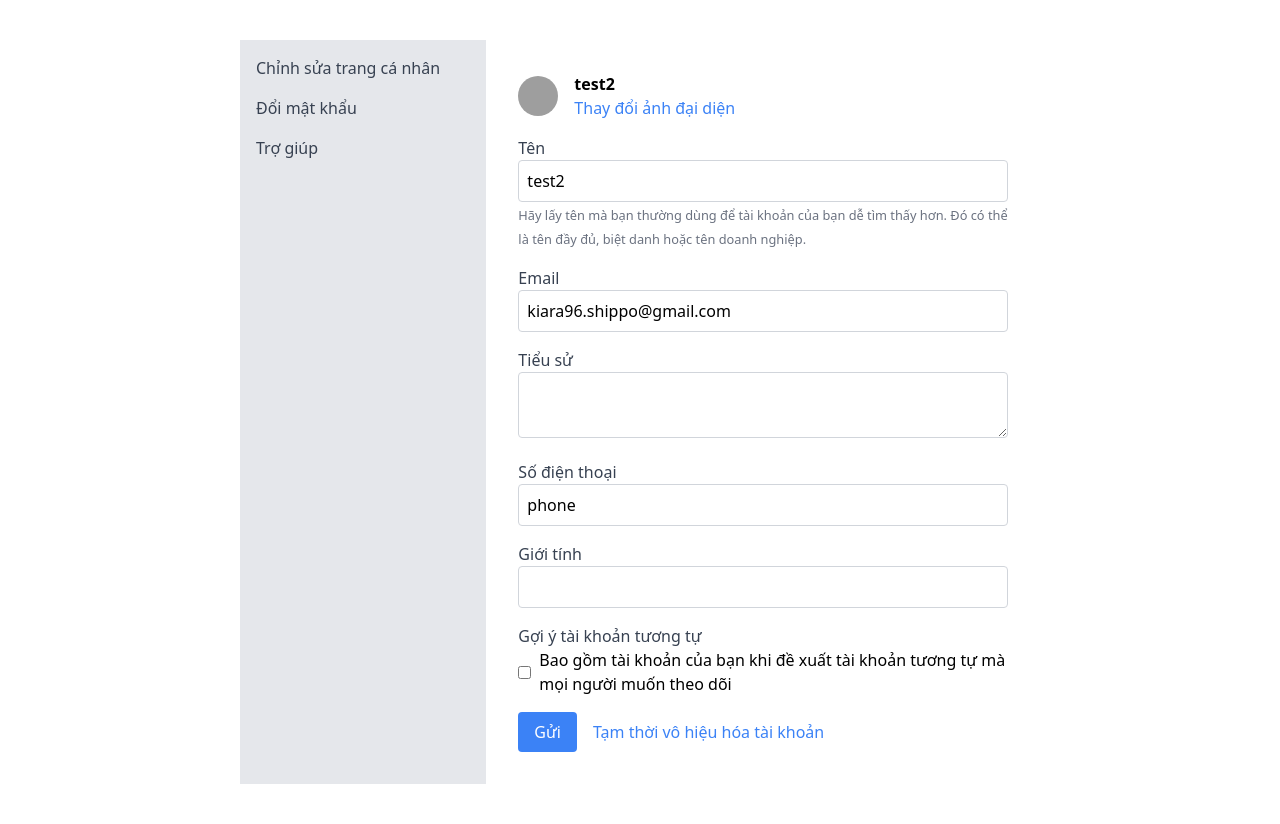
Repository: DangNgocDuong250903/2425_CS445AC_NHOM1
Page: /update_user (app in social_fe/)
The author's editor kept a copy of each file at every save. The page is drawn from the files as they stood at one save, then again after a run of saves.
The browser window is 1280 px wide. The pictures show the whole page.
Pictures or frames that could not be fetched are drawn as grey boxes. The project was rebuilt for these pictures with package versions that can differ from the ones it lists, and the page was loaded fresh each time. Also part of the build but not shown: social_fe/vite.config.js, social_fe/src/components/Button/index.jsx, social_fe/src/assets/index.js, social_fe/src/components/FriendCard/index.jsx, social_fe/src/components/Loading/index.jsx, social_fe/src/components/PostCard/index.jsx, social_fe/src/components/ProfileCard/index.jsx, social_fe/src/components/TextInput/index.jsx and 8 more.

Above is the page before, as saved 2024-11-05 11:00:08.

### social_fe/index.html
<!DOCTYPE html>
<html lang="en">
  <head>
    <meta charset="UTF-8" />
    <link rel="icon" type="image/svg+xml" href="/public/logo.svg" />
    <meta name="viewport" content="width=device-width, initial-scale=1.0" />
    <title>LinkVerse</title>
  </head>
  <body>
    <div id="root"></div>
    <script type="module" src="/src/main.jsx"></script>
  </body>
</html>

### social_fe/src/main.jsx
import { StrictMode } from "react";
import { createRoot } from "react-dom/client";
import App from "./App.jsx";
import "./index.css";
import { store } from "./redux/store.js";
import { Provider } from "react-redux";
import { BrowserRouter } from "react-router-dom";

createRoot(document.getElementById("root")).render(
  <StrictMode>
    <Provider store={store}>
      <BrowserRouter>
        <App />
      </BrowserRouter>
    </Provider>
  </StrictMode>,
);

### social_fe/src/App.jsx
import { Outlet, Navigate, Route, Routes, useLocation } from "react-router-dom";
import {
  Home,
  Profile,
  Register,
  Login,
  ResetPassword,
  NotFound,
} from "./pages";
import { useSelector } from "react-redux";
import UpdateUser from "./pages/ProfilePage/updateUser";

const Layout = () => {
  const { user } = useSelector((state) => state.user);
  const location = useLocation();

  return user?.token ? (
    <Outlet />
  ) : (
    <Navigate to="/login" state={{ from: location }} replace />
  );
};

function App() {
  const { theme } = useSelector((state) => state.theme);

  return (
    <div data-theme={theme} className="w-full min-h-[100vh]">
      <Routes>
        <Route element={<Layout />}>
          <Route path="/" element={<Home />} />
          <Route path="/profile" element={<Profile />} />
          <Route path="/update_user" element={<UpdateUser />} />


        </Route>

        <Route path="/register" element={<Register />} />
        <Route path="/login" element={<Login />} />
        <Route path="/reset-password" element={<ResetPassword />} />
        <Route path="*" element={<NotFound />} />
      </Routes>
    </div >
  );
}

export default App;

### social_fe/src/index.css
@tailwind base;
@tailwind components;
@tailwind utilities;

::-webkit-scrollbar {
    display: none;
     -ms-overflow-style: none;  /* IE and Edge */
    scrollbar-width: none;
  }

  .topbar{
  position: sticky;
  top: 0px;
  z-index: 49;
  }


  .dots-container {
    display: flex;
    align-items: center;
    justify-content: center;
    height: 100%;
    width: 100%;
    margin-bottom: 5px;
  }

  .dot {
    height: 12px;
    width: 12px;
    margin-right: 10px;
    border-radius: 10px;
    background-color: #fff;
    animation: pulse 1.5s infinite ease-in-out;
  }

  .dot:last-child {
    margin-right: 0;
  }

  .dot:nth-child(1) {
    animation-delay: -0.3s;
  }

  .dot:nth-child(2) {
    animation-delay: -0.1s;
  }

  .dot:nth-child(3) {
    animation-delay: 0.1s;
  }

  @keyframes pulse {
    0% {
      transform: scale(0.8);
      background-color: #b3d4fc;
      box-shadow: 0 0 0 0 rgba(178, 212, 252, 0.7);
    }

    50% {
      transform: scale(1.2);
      background-color: #4b79e4;
      box-shadow: 0 0 0 10px rgba(178, 212, 252, 0);
    }

    100% {
      transform: scale(0.8);
      background-color: #2584f8;
      box-shadow: 0 0 0 0 rgba(178, 212, 252, 0.7);
    }
  }

  @layer base {
    :root {
      --color-bg: 227 227 227;
      --color-primary: 255 255 255;
      --color-secondary:255 255 255;
      --color-ascent1: 0 0 0;
      --color-ascent2: 89 91 100;
      --color-blue: 6 90 216;
      --color-white: 255 255 255;

    }
    /* //15 23 42  21 30 49*/
    [data-theme="dark"] {
       --color-bg: 12 12 12;
       --color-primary: 31 31 31;
      --color-secondary: 47 45 48;
      --color-ascent1: 255 255 255;
      --color-ascent2: 164 161 162;
      --color-blue: 6 90 216;
      /* //16 176 255; */
      --color-white: 255 255 255;
    }
  }

### social_fe/src/redux/store.js
import { configureStore } from "@reduxjs/toolkit";

import { rootReducer } from "./reducer";

const store = configureStore({
  reducer: rootReducer,
});

const { dispatch } = store;

export { store, dispatch };

### social_fe/src/pages/index.js
import Home from "./HomePage";
import Login from "./LoginPage";
import NotFound from "./NotFoundPage";
import Profile from "./ProfilePage";
import Register from "./RegisterPage";
import ResetPassword from "./ResetPasswordPage";

export { Home, Login, NotFound, Profile, Register, ResetPassword };

### social_fe/src/pages/ProfilePage/updateUser.jsx
import React, { useState } from 'react';
import { Link } from 'react-router-dom';

const UpdateUser = () => {
    const [selectedLink, setSelectedLink] = useState(null);
    const handleLinkClick = (linkIndex) => {
        setSelectedLink(linkIndex);
    };
    return (
        <div className="flex w-[800px] mx-auto pt-10 pb-10">

            <div className="w-1/3 p-4 bg-gray-200">
                <ul className="flex flex-col">

                    <Link
                        href="#"
                        onClick={() => handleLinkClick(1)}
                        className={`mb-4 font-medium ${selectedLink === 1 ? 'text-blue-500' : 'text-gray-700'}`}
                    >
                        Chỉnh sửa trang cá nhân
                    </Link>


                    <Link
                        href="#"
                        onClick={() => handleLinkClick(2)}
                        className={`mb-4 font-medium ${selectedLink === 2 ? 'text-blue-500' : 'text-gray-700'}`}
                    >
                        Đổi mật khẩu
                    </Link>


                    <Link
                        href="#"
                        onClick={() => handleLinkClick(3)}
                        className={`mb-4 font-medium ${selectedLink === 3 ? 'text-blue-500' : 'text-gray-700'}`}
                    >
                        Trợ giúp
                    </Link>
                </ul>
            </div>
            <div className="w-3/4 p-8">
                <div className="flex items-center mb-4">
                    <img src="https://mighty.tools/mockmind-api/content/human/5.jpg" alt="User avatar" className="w-10 h-10 mr-4 rounded-full" />
                    <div>
                        <div className="font-bold">test2</div>
                        <a href="#" className="text-blue-500">Thay đổi ảnh đại diện</a>
                    </div>
                </div>
                <form>
                    <div className="mb-4">
                        <label className="block text-gray-700">Tên</label>
                        <input type="text" value="test2" className="w-full p-2 border border-gray-300 rounded" />
                        <small className="text-gray-500">Hãy lấy tên mà bạn thường dùng để tài khoản của bạn dễ tìm thấy hơn. Đó có thể là tên đầy đủ, biệt danh hoặc tên doanh nghiệp.</small>
                    </div>
                    <div className="mb-4">
                        <label className="block text-gray-700">Email</label>
                        <input type="email" value="kiara96.shippo@gmail.com" className="w-full p-2 border border-gray-300 rounded" />
                    </div>
                    <div className="mb-4">
                        <label className="block text-gray-700">Tiểu sử</label>
                        <textarea className="w-full p-2 border border-gray-300 rounded"></textarea>
                    </div>
                    <div className="mb-4">
                        <label className="block text-gray-700">Số điện thoại</label>
                        <input type="text" value="phone" className="w-full p-2 border border-gray-300 rounded" />
                    </div>
                    <div className="mb-4">
                        <label className="block text-gray-700">Giới tính</label>
                        <input type="text" className="w-full p-2 border border-gray-300 rounded" />
                    </div>
                    <div className="mb-4">
                        <label className="block text-gray-700">Gợi ý tài khoản tương tự</label>
                        <div className="flex items-center">
                            <input type="checkbox" className="mr-2" />
                            <span>Bao gồm tài khoản của bạn khi đề xuất tài khoản tương tự mà mọi người muốn theo dõi</span>
                        </div>
                    </div>
                    <div className="flex items-center">
                        <button type="submit" className="px-4 py-2 mr-4 text-white bg-blue-500 rounded">Gửi</button>
                        <button type="button" className="text-blue-500">Tạm thời vô hiệu hóa tài khoản</button>
                    </div>
                </form>
            </div>
        </div>
    );
};

export default UpdateUser;

### social_fe/src/redux/reducer.js
import { combineReducers } from "@reduxjs/toolkit";

import postSlice from "./Slices/postSlice";
import themeSlice from "./Slices/theme";
import userSlice from "./Slices/userSlice";

const rootReducer = combineReducers({
  user: userSlice,
  theme: themeSlice,
  posts: postSlice,
});

export { rootReducer };

### social_fe/src/redux/Slices/postSlice.js
import { createSlice } from "@reduxjs/toolkit";

const initialState = {
  posts: {},
};

const postSlice = createSlice({
  name: "post",
  initialState,
  reducers: {
    getPosts(state, action) {
      state.posts = action.payload;
    },
  },
});

export default postSlice.reducer;

export function SetPosts(post) {
  return (dispatch) => {
    dispatch(postSlice.actions.getPosts(post));
  };
}

### social_fe/src/redux/Slices/theme.js
import { createSlice } from "@reduxjs/toolkit";

const initialState = {
  theme: JSON.parse(window?.localStorage.getItem("theme")) ?? "dark",
};

const themeSlice = createSlice({
  name: "theme",
  initialState,
  reducers: {
    setTheme(state, action) {
      state.theme = action.payload;
      localStorage.setItem("theme", JSON.stringify(action.payload));
    },
  },
});

export default themeSlice.reducer;

export function SetTheme(value) {
  return (dispatch) => {
    dispatch(themeSlice.actions.setTheme(value));
  };
}

### social_fe/src/redux/Slices/userSlice.js
import { createSlice } from "@reduxjs/toolkit";

import { user } from "../../assets/data";

const initialState = {
  user: JSON.parse(window?.localStorage.getItem("user")) ?? user,
  edit: false,
};

const userSlice = createSlice({
  name: "user",
  initialState,
  reducers: {
    login(state, action) {
      state.user = action.payload;
      localStorage.setItem("user", JSON.stringify(action.payload));
    },
    logout(state) {
      state.user = null;
      localStorage?.removeItem("user");
    },
    updateProfile(state, action) {
      state.edit = action.payload;
    },
  },
});
export default userSlice.reducer;

export function UserLogin(user) {
  return (dispatch) => {
    dispatch(userSlice.actions.login(user));
  };
}

export function Logout() {
  return (dispatch) => {
    dispatch(userSlice.actions.logout());
  };
}

export function UpdateProfile(val) {
  return (dispatch) => {
    dispatch(userSlice.actions.updateProfile(val));
  };
}

### social_fe/tailwind.config.js
/** @type {import('tailwindcss').Config} */
export default {
  content: [
    "./index.html",
    "./src/**/*.{js,ts,jsx,tsx}",
  ],
  theme: {
    extend: {
      colors: {
        bgColor: "rgb(var(--color-bg) / <alpha-value>)",
        primary: "rgb(var(--color-primary) / <alpha-value>)",
        secondary: "rgb(var(--color-secondary) / <alpha-value>)",
        customBlue: "rgb(var(--color-blue) / <alpha-value>)",
        white: "rgb(var(--color-white) / <alpha-value>)",
        ascent: {
          1: "rgb(var(--color-ascent1) / <alpha-value>)",
          2: "rgb(var(--color-ascent2) / <alpha-value>)",
        },
      },
      screens: {
        sm: "640px",

        md: "768px",

        lg: "1024px",

        xl: "1280px",

        "2xl": "1536px",
      },
      extend: {
      },
    },
    plugins: [],
  }
}

Loaded but not shown: social_fe/src/assets/data.js (508 lines, source omitted)

After the next 2 saves:
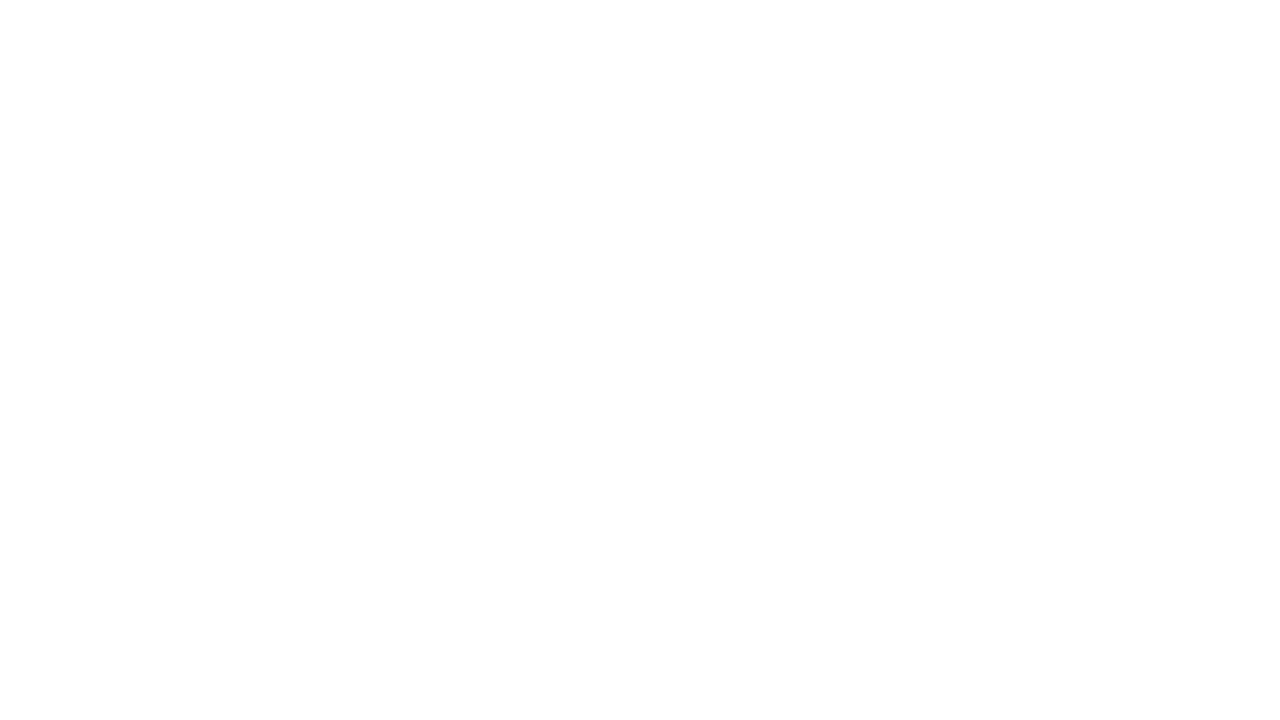
Console error: ReferenceError: IoIosCloseCircleOutline is not defined
The 2 saves are shown as one change because they came seconds apart.
The last was saved 25 s later.
--- a/social_fe/src/pages/ProfilePage/updateUser.jsx
+++ b/social_fe/src/pages/ProfilePage/updateUser.jsx
@@ -8,7 +8,7 @@ const UpdateUser = () => {
     };
     return (
         <div className="flex w-[800px] mx-auto pt-10 pb-10">
-
+            <IoIosCloseCircleOutline onClick={() => navigate("/")} className="absolute w-8 h-8 cursor-pointer top-4 right-4 hover:text-red-400 " />
             <div className="w-1/3 p-4 bg-gray-200">
                 <ul className="flex flex-col">
 

After the save that followed:
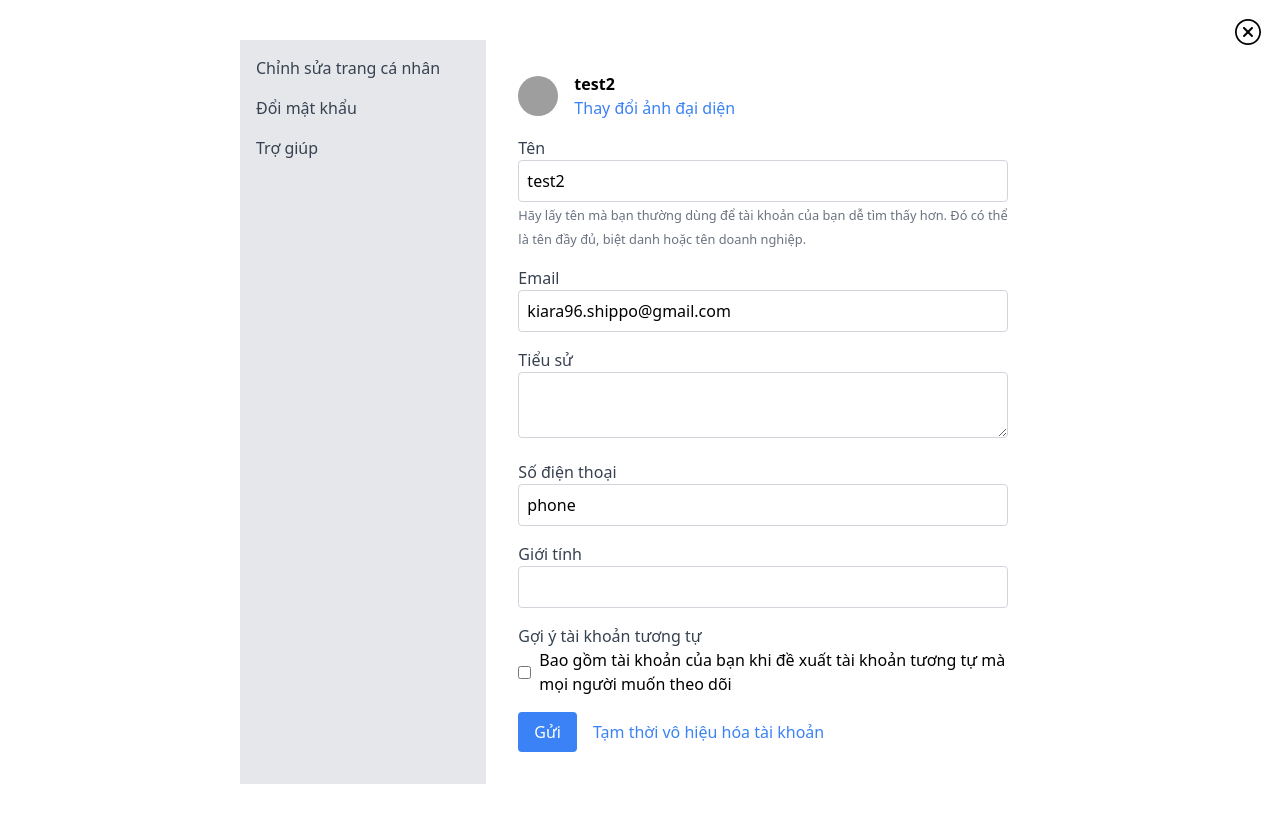
The error is gone.
Saved 10 s later.
--- a/social_fe/src/pages/ProfilePage/updateUser.jsx
+++ b/social_fe/src/pages/ProfilePage/updateUser.jsx
@@ -1,5 +1,6 @@
 import React, { useState } from 'react';
 import { Link } from 'react-router-dom';
+import { IoIosCloseCircleOutline } from "react-icons/io";
 
 const UpdateUser = () => {
     const [selectedLink, setSelectedLink] = useState(null);
